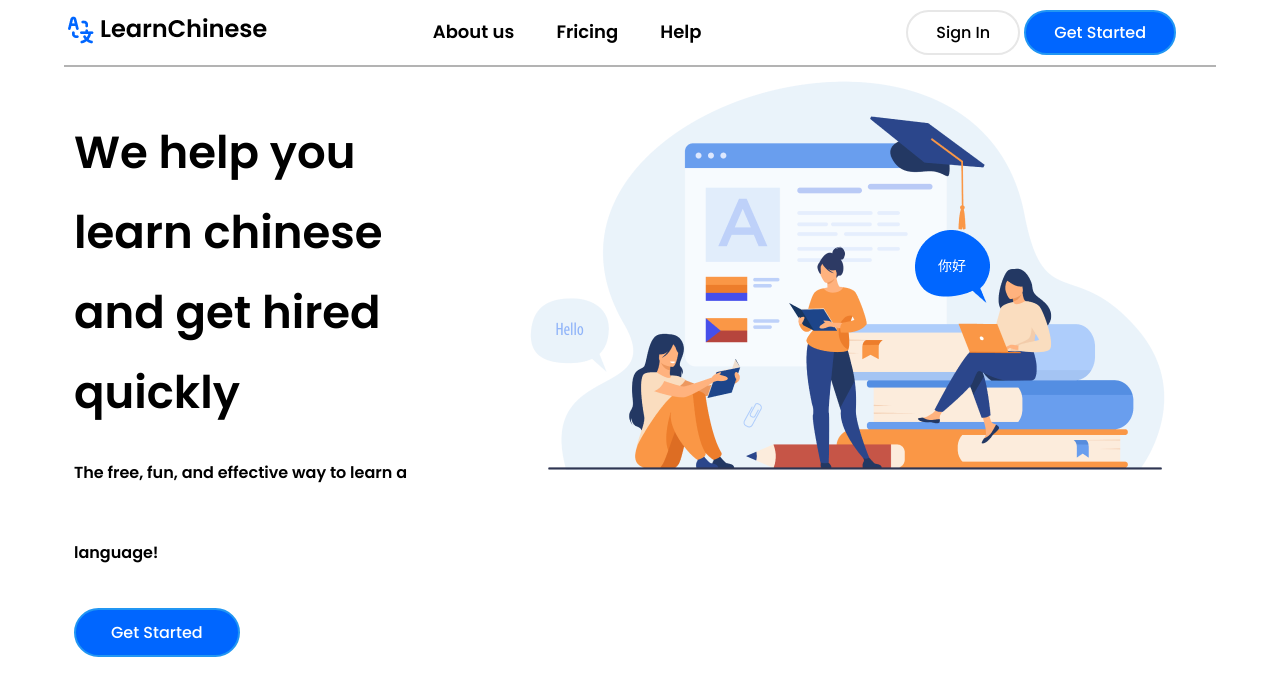
Repository: BinhIT/ChineseLearn
Page: index.html
These files come from the project's save history. The page is drawn as it stood at one moment and after the next save; the edit follows.
The browser window is 1280 px wide. The pictures show the whole page.

Above is the page before, as saved 2023-03-01 14:16:51.

### index.html
<!DOCTYPE html>
<html lang="en">

<head>
    <meta charset="UTF-8">
    <meta http-equiv="X-UA-Compatible" content="IE=edge">
    <meta name="viewport" content="width=device-width, initial-scale=1.0">
    <link rel="icon" type="image/x-icon" href="./image/uil_english-to-chinese.svg">
    <meta name="viewport" content="width=device-width, initial-scale=1">
    <link rel="stylesheet" href="https://cdnjs.cloudflare.com/ajax/libs/font-awesome/4.7.0/css/font-awesome.min.css">
    <meta name="viewport" content="width=device-width, initial-scale=1">
    <link rel="stylesheet" href="https://cdnjs.cloudflare.com/ajax/libs/font-awesome/4.7.0/css/font-awesome.min.css">
    <link rel="stylesheet" href="./css/header.css">
    <link rel="stylesheet" href="./css/section.css">
    <title>Learn Chinese </title>
</head>

<body>
    <nav id="menu_header">
        <a href="javascript:void(0);" class="icon_nav" onclick="myFunction()">
            <i class="fa fa-bars"></i>
        </a>
        <label class="logo_main"><img src="./image/logo.png" alt=""></label>
        <label class="logo_mobile"><img src="./image/logo_short.png" alt=""></label>
        <ul id="menu_link">
            <li><a href="#">About us</a></li>
            <li><a href="#">Fricing</a></li>
            <li><a href="#">Help</a></li>
        </ul>
        <ul id="menu_btn">
            <button class="btn default">Sign In</button>
            <button class="btn info">Get Started</button>
        </ul>

    </nav>
    <section class="hero-section">
        <div class="row flex-container ">
            <div class="column hero-col1">
                <h1>We help you learn chinese and get hired quickly</h1>
                <h4>The free, fun, and effective way to learn a language!</h4>
                <button class="btn btn_hero">Get Started</button>
            </div>
            <div class="column">
                <img src="./image/img-hero.png" alt="">
            </div>
        </div>

    </section>
</body>
<script src="./js/header.js"></script>

</html>

### css/header.css
@import url('https://fonts.googleapis.com/css2?family=Poppins:wght@500;600&display=swap');



* {
    padding: 0;
    margin: 0;
    text-decoration: none;
    list-style: none;
    font-family: 'Poppins', sans-serif;

}

#menu_header {
    display: flex;
    flex-wrap: nowrap;
    justify-content: space-between;
    align-items: center;
}

nav {
    height: 65px;
    width: 90%;
    margin: 0 auto;
    background: #ffffff;
    border-bottom: 2px solid #B3B3B3;
}

label.logo {
    font-size: 35px;
    font-weight: bold;
    color: #fff;
    padding: 0 100px;
    line-height: 80px;
}

nav ul {
    float: right;
    margin-right: 40px;
}

nav li {
    display: inline-block;
    margin: 0 8px;
    line-height: 80px;
}

nav a {
    color: #000000;
    font-size: 18px;
    font-weight: 700;
    border: 1px solid transparent;
    padding: 7px 10px;
    border-radius: 3px;
}

a.active,
a:hover {
    border: 1px solid #000000;
    transition: .5s;
}



.btn {
    border: 2px solid black;
    border-radius: 25px;
    background-color: white;
    color: black;
    font-size: 16px;
    cursor: pointer;

}

/* Blue */
.info {
    background-color: #0066FF;
    border-color: #2196F3;
    color: rgb(255, 255, 255);
    padding: 8px 28px;
}

.info:hover {
    background: #0066FF;
    color: white;
}

/* Gray */
.default {
    border-color: #e7e7e7;
    color: black;
    padding: 8px 28px;
}

.default:hover {
    background: #e7e7e7;
}

/* logo */
.logo_mobile {
    display: none;
}

#menu_header .icon_nav {
    display: none;

}



@media only screen and (max-width:765px) {
    .logo_mobile {
        display: block;
    }

    .logo_main {
        display: none;
    }

    nav {
        width: 95%;
    }

    #menu_header .icon_nav {
        display: block;
        width: 30%;
    }

    #menu_btn {
        display: contents;
        float: right;
    }

    #menu_btn .default {
        display: none;
    }

    #menu_header #menu_link {
        display: none;
    }

    .btn_header {
        font-size: 5px;
        padding: 8px 25px;
    }


}

@media only screen and (max-width: 1024px) {
    nav #icon {
        display: block;
    }

    .logo_mobile {
        display: block;
        width: 15%;
    }

    .logo_main {
        display: none;
    }

    nav a {
        font-size: 18px;
    }

    a.active,
    a:hover {
        border: none;
        color: #3498db;
    }

    nav ul.show {
        left: 0;
    }

    .btn_header {

        font-size: 8px;
    }
}

### css/section.css
/* section hero */
.row {
    width: 90%;
    margin: auto;
    padding: auto;
}

.column {
    flex: 50%;
    padding: 10px;
    height: 300px;
}

.hero-row {
    display: flex;
}

.hero-col1 {
    padding-top: 4%;
    line-height: 5em;
}

.hero-col1 h1 {
    font-size: 45px;

}

.flex-container {
    display: flex;
}

.btn_hero {
    background-color: #0066FF;
    border-color: #2196F3;
    color: rgb(255, 255, 255);
    padding: 10px 35px;
}

/* reponsive section */
/* tablet */
@media screen and (max-width: 1024px) {
    .flex-container {
        flex-wrap: wrap;
    }
}

/* Mobile */
@media only screen and (max-width:765px) {
    .hero-col1 h1 {
        font-size: 45px;

    }
}

Loaded but not shown: js/header.js (common file)

After the next save:
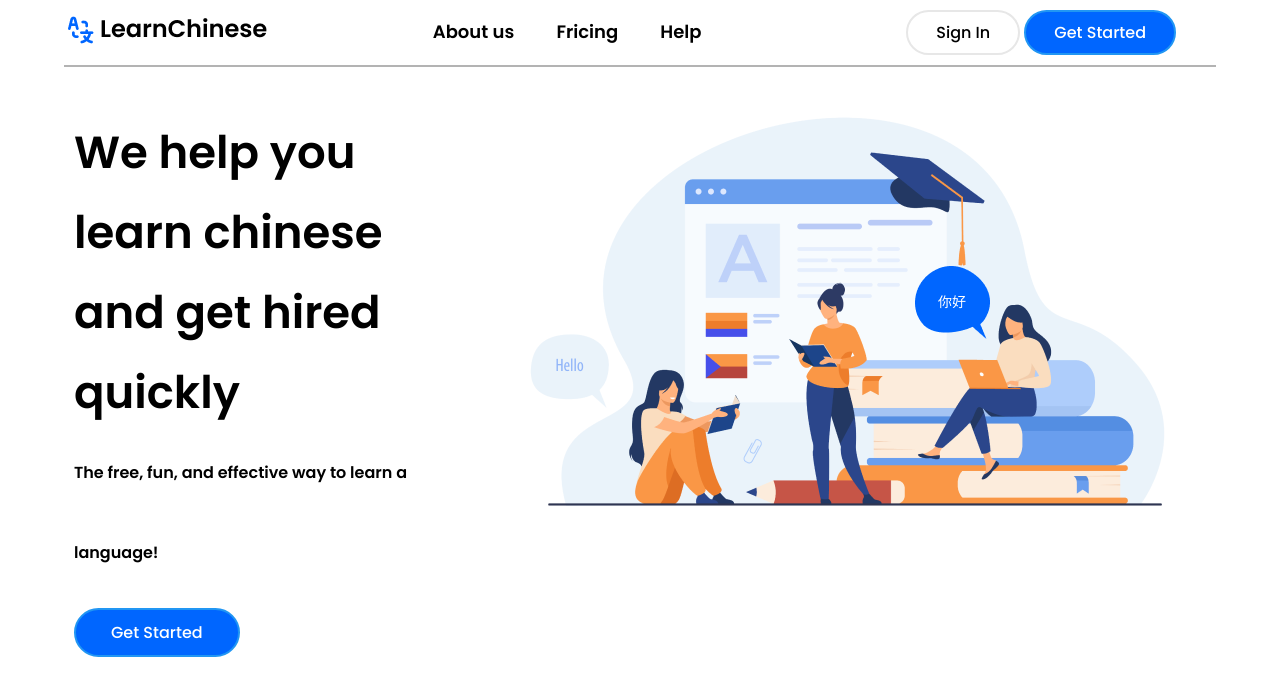
Saved 46 s later.
--- a/index.html
+++ b/index.html
@@ -40,7 +40,7 @@
                 <h4>The free, fun, and effective way to learn a language!</h4>
                 <button class="btn btn_hero">Get Started</button>
             </div>
-            <div class="column">
+            <div class="column hero-col1">
                 <img src="./image/img-hero.png" alt="">
             </div>
         </div>

After the 2 saves that followed:
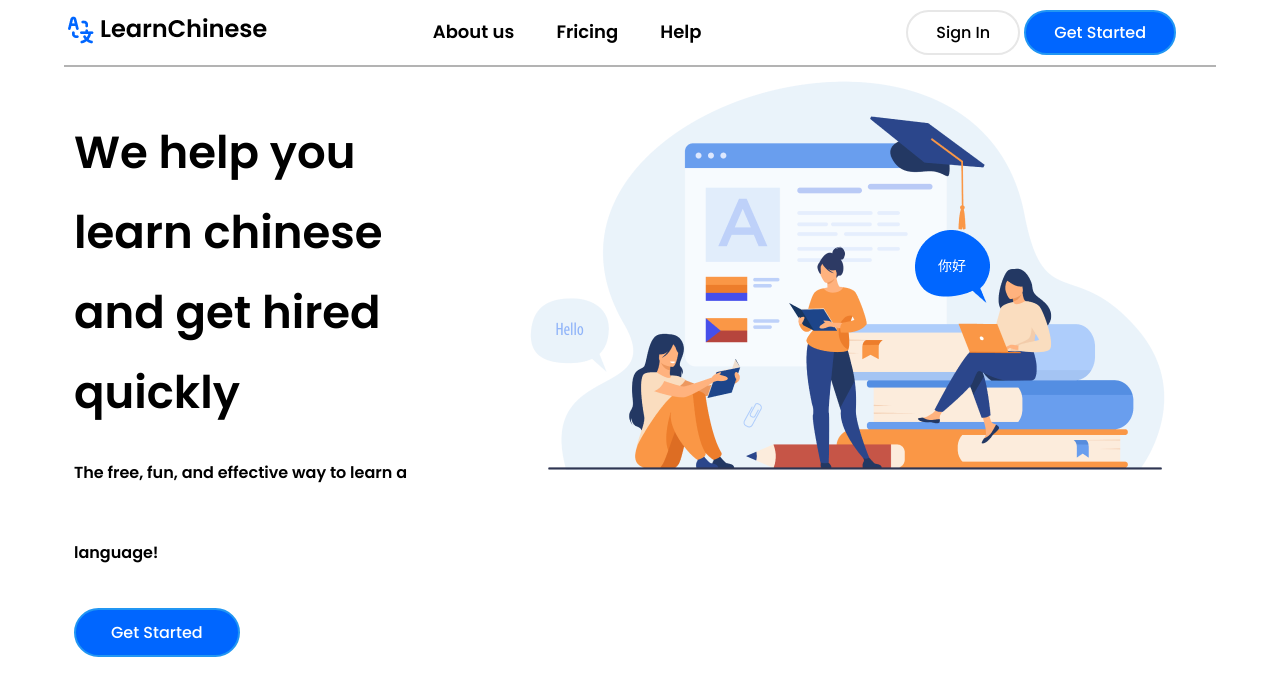
The 2 saves are shown as one change because 1 left the picture as it was.
The last was saved 40 s later.
--- a/index.html
+++ b/index.html
@@ -40,7 +40,7 @@
                 <h4>The free, fun, and effective way to learn a language!</h4>
                 <button class="btn btn_hero">Get Started</button>
             </div>
-            <div class="column hero-col1">
+            <div class="column hero-col2">
                 <img src="./image/img-hero.png" alt="">
             </div>
         </div>
--- a/css/section.css
+++ b/css/section.css
@@ -42,6 +42,8 @@
     .flex-container {
         flex-wrap: wrap;
     }
+
+    .hero-col1 {}
 }
 
 /* Mobile */
